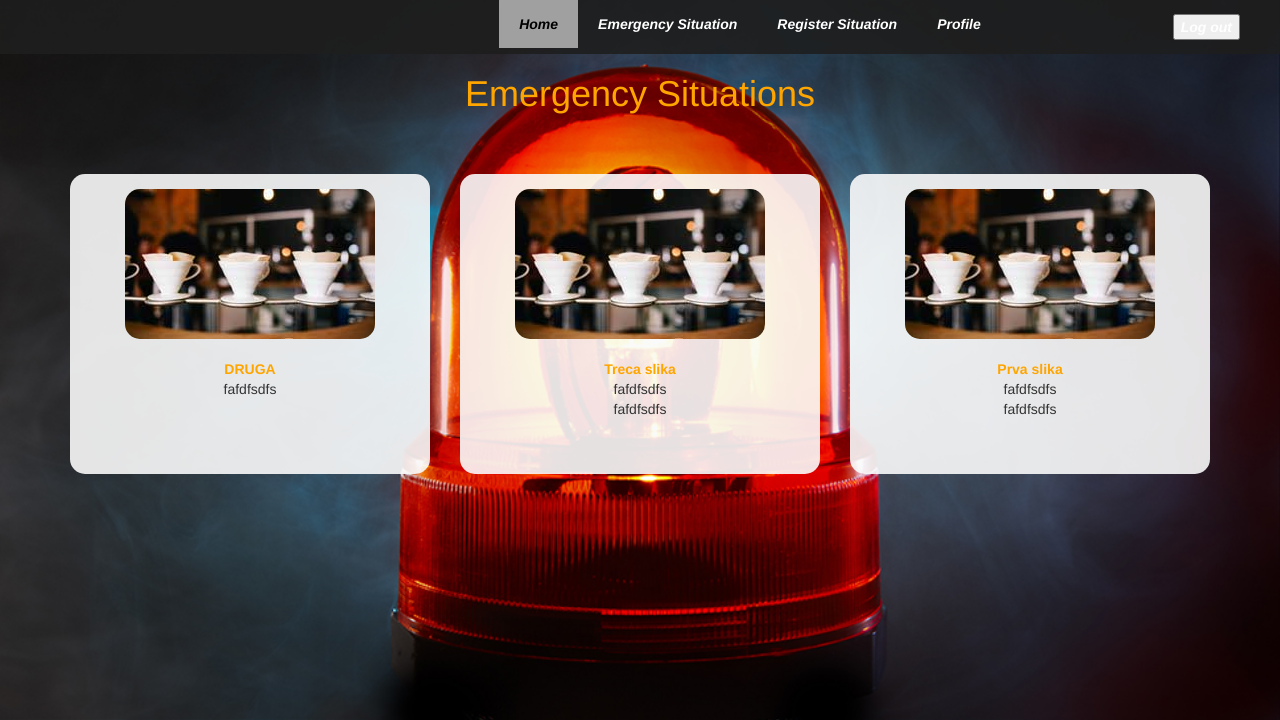
Repository: majamiljic/WebProgramming
Page: emergencySituations/WebContent/situations.html
An editor plug-in stored every save of this project. The page is shown before and after the next save, followed by the edit.
The browser window is 1280 px wide. The pictures show the whole page.

Above is the page before, as saved 2018-01-26 15:17:10.

### emergencySituations/WebContent/situations.html
<!DOCTYPE html>
<html>
    <head>
        <title>Emergency Situations</title>
        <link href="css/layout.css" rel="stylesheet">
        <link href="css/bootstrap.min.css" rel="stylesheet">
		<script src="js/jquery-3.2.1.min.js"></script>
		<script type="text/javascript" src="js/controllers/logout.js"></script>
    </head>
    <body style="background-color: black">
        <ul>
            <li><a class="active" href="situations.html">Home</a></li>
            <li><a href="emergencySituation.html">Emergency Situation</a></li>
            <li><a href="registerSituation.html">Register Situation</a></li>
            <li><a href="profile.html">Profile</a></li>
            <li style="float: right; margin-right: 20px;">
				<a href="">
					<input type="submit" onclick="logout()" value="Log out">
				</a>
			</li>
        </ul>

		<h1 style="text-align: center; color: orange">Emergency Situations</h1>

		<div class="mainDiv">
			<div class="row" align="center">
				<div class="col-sm-4">
					<div class="imgCont">
						<div class="imgDiv">
							<a href="#">
								<img src="img/2.jpg" style="border-radius: 15px;">
							</a>
						</div>
						<div class="descDiv">
							<p>
								<a href="#" style="text-decoration : none">
									<b style="color:orange"> DRUGA </b>
								</a>
								<br>
								fafdfsdfs
							</p>
						</div>
					</div>
				</div>
				<div class="col-sm-4">
					<div class="imgCont">
						<div class="imgDiv">
							<a href="#">
								<img src="img/2.jpg" style="border-radius: 15px;">
							</a>
						</div>
						<div class="descDiv">
							<p>
								<a href="#" style="text-decoration : none">
									<b style="color:orange"> Treca slika </b>
								</a>
								<br>
								fafdfsdfs <br>
								fafdfsdfs <br>
							</p>
						</div>
					</div>
				</div>
				<div class="col-sm-4">
					<div class="imgCont">
						<div class="imgDiv">
							<a href="#">
								<img src="img/2.jpg" style="border-radius: 15px;">
							</a>
						</div>
						<div class="descDiv">
							<p>
								<a href="#" style="text-decoration : none">
									<b style="color:orange"> Prva slika </b>
								</a>
								<br>
								fafdfsdfs <br>
								fafdfsdfs <br>
							</p>
						</div>
					</div>
				</div>
			</div>
		</div>

    </body>
</html>

### emergencySituations/WebContent/css/layout.css
body {
	background-image: url(../img/3.jpg);
	background-repeat: no-repeat;
    background-size: cover;
    background-attachment: fixed;
}

/*****  MENU  *****/
ul {
    list-style-type: none;
    margin: 0;
    padding-left: 39%;
    overflow: hidden;
    background-color: rgba(31, 31, 31, 0.9);
}

li {
    float: left;
}

li a {
    display: block;
    color: white;
    text-align: center;
    padding: 14px 20px;
    text-decoration: none;
    font-style: italic;
    font-weight: bold;
}

li a:hover {
    color: black;
    text-decoration: none;
    background-color: rgba(240,240,240,0.9);
}

.active {
    background-color: rgb(160,160,160);
    color: black;
}

/*****  INDEX  *****/
.logoDiv {
	margin-left: 42%;
	margin-top: 25px;
}

.mainDiv {
    padding: 30px 70px 50px 70px;
    /* background-color: rgba(250,250,250,0.8); */
    border-radius: 25px;
	max-height: 800px;
	overflow-y: scroll;
	overflow-y:auto;
}

.imgDiv {
	max-height: 70%;
  	overflow: hidden;
	padding-top: 15px;
	padding-bottom: 10px;
}

.descDiv {
	padding-top: 10px;
	padding-bottom: 10px;
	max-height: 40%;
	overflow-y: scroll;
	overflow-y:auto;
}

.imgCont {
    background-color: rgba(250,250,250,0.9);
	height: 300px;
	border-radius: 15px;
	margin-top: 20px;
}

/*****  LOG IN  *****/
.loginDiv {
    margin: 70px 30% 50px 30%;
    padding: 30px 70px 50px 70px;
    background-color: rgba(250,250,250,0.8);
	border-radius: 15px;
}

/*****  SIGN UP  *****/
.signUpDiv {
    margin: 70px 30% 50px 30%;
    padding: 30px 70px 50px 70px;
    background-color: rgba(250,250,250,0.8);
	border-radius: 15px;
}

.signUpImg {
    background-color: rgb(250,250,250);
	height: 220px;
	border-radius: 5px;
	padding: 20px 70px 20px 70px;
}

.chooseFileButton {
	background-color: #ccc;
	border-radius: 5px;
    display: inline-block;
    padding: 6px 12px;
    cursor: pointer;
	width: 100%;
	text-align: center;
	margin-top: 5px;
}

/*****  EMERGENCY SITUATION  *****/
.situationWrapper {
	width: 80%;
	margin: 50px auto;
}

.situationDataDiv {
	float: left;
  	overflow: hidden;
	margin-right: 20px;
    padding: 10px 20px 30px 20px;
    background-color: rgba(250,250,250,0.8);
	border-radius: 15px;
}

.commentsDiv {
  	overflow: hidden;
    padding: 30px 70px 50px 70px;
    background-color: rgba(250,250,250,0.8);
	border-radius: 15px;
	max-width: 800px;
	max-height: 700px;
	overflow-y: scroll;
	overflow-y:auto;
}

.commentDiv {
	max-height: 110px;
	width: 100%;
	padding: 15px;
	overflow-y: scroll;
	overflow-y:auto;
}

.commentPictureDiv {
	float: left;
  	overflow: hidden;
    background-color: rgba(250,250,250,0.6);
	height: 60px;
	width: 85px;
	border-radius: 5px;
}

.tip {
  width: 0px;
  height: 0px;
  position: absolute;
  background: transparent;
  border: 10px solid #ccc;
}

.tip-left {
  top: 10px;
  left: -25px;
  border-top-color: transparent;
  border-left-color: transparent;
  border-bottom-color: transparent;
}

.dialogbox .commentBody {
	position: relative;
	float: right;
	width: 80%;
	padding: 5px;
	background-color: #DADADA;
	border-radius: 3px;
	border: 5px solid #ccc;
}

.commentBody .message {
	min-height: 30px;
	border-radius: 3px;
	font-family: Arial;
	font-size: 14px;
	line-height: 1.5;
	color: #797979;
}

### emergencySituations/WebContent/js/controllers/logout.js
function logout() {
	var us = localStorage;

	$.ajax({
		type : 'POST',
		url : "rest/users/logout",
		success : function() {
			us.setItem("loggedUser", {});
			window.location.replace("index.html");
		}
	});
}

Loaded but not shown: emergencySituations/WebContent/css/bootstrap.min.css (library); emergencySituations/WebContent/js/jquery-3.2.1.min.js (library)

After the next save:
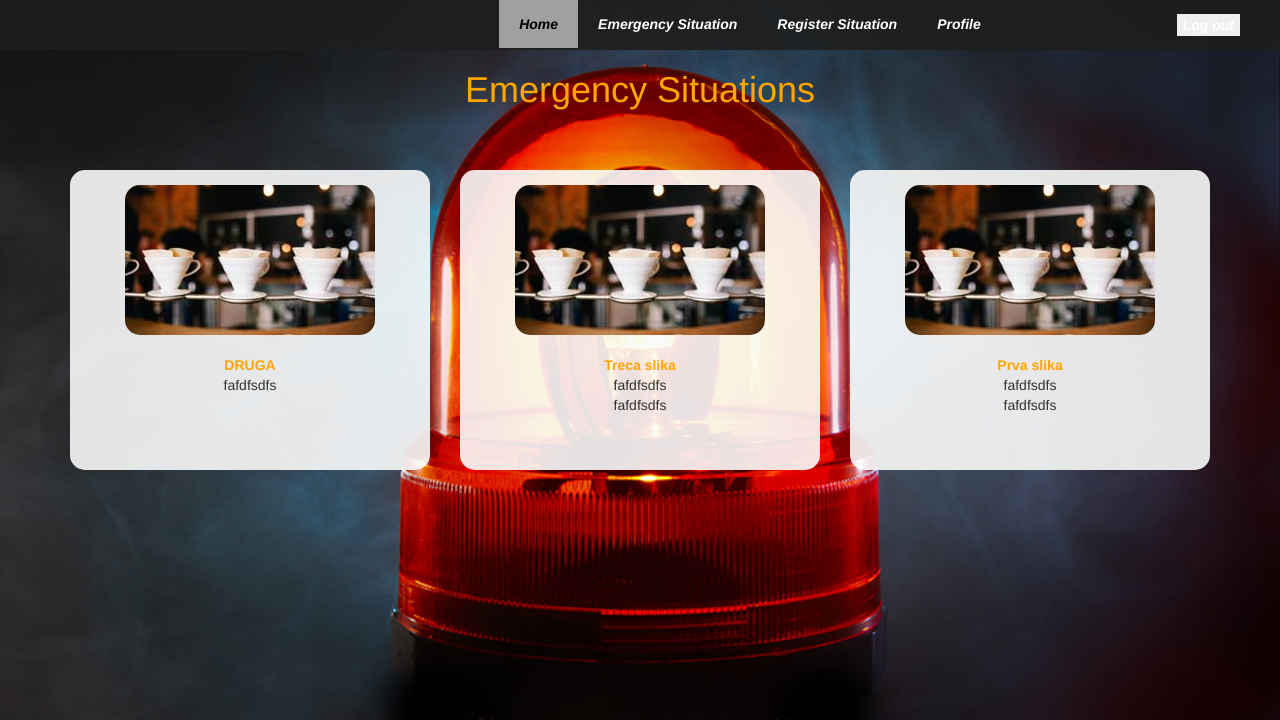
Saved 72 s later.
--- a/emergencySituations/WebContent/situations.html
+++ b/emergencySituations/WebContent/situations.html
@@ -15,7 +15,7 @@
             <li><a href="profile.html">Profile</a></li>
             <li style="float: right; margin-right: 20px;">
 				<a href="">
-					<input type="submit" onclick="logout()" value="Log out">
+					<button type="submit" style="border:none" onclick="logout()">Log out</button>
 				</a>
 			</li>
         </ul>

After the save that followed:
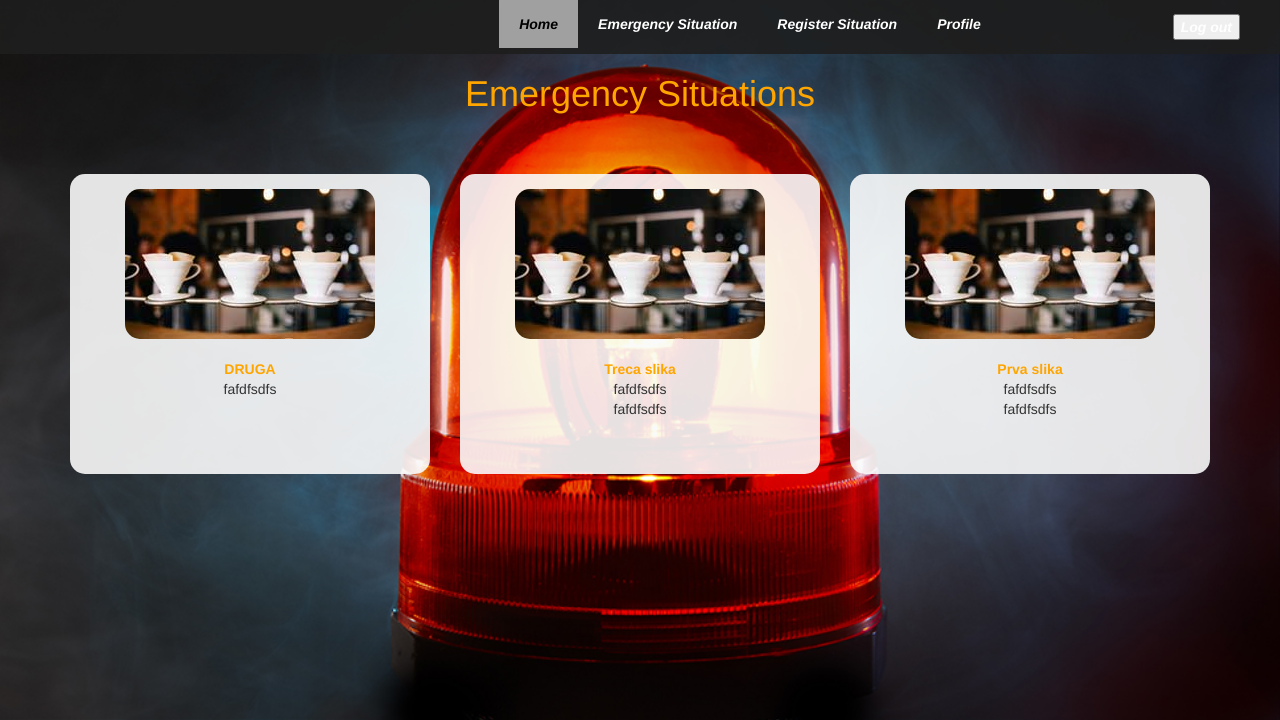
Saved 15 s later.
--- a/emergencySituations/WebContent/situations.html
+++ b/emergencySituations/WebContent/situations.html
@@ -15,7 +15,7 @@
             <li><a href="profile.html">Profile</a></li>
             <li style="float: right; margin-right: 20px;">
 				<a href="">
-					<button type="submit" style="border:none" onclick="logout()">Log out</button>
+					<button type="submit" style="style: none" onclick="logout()">Log out</button>
 				</a>
 			</li>
         </ul>
